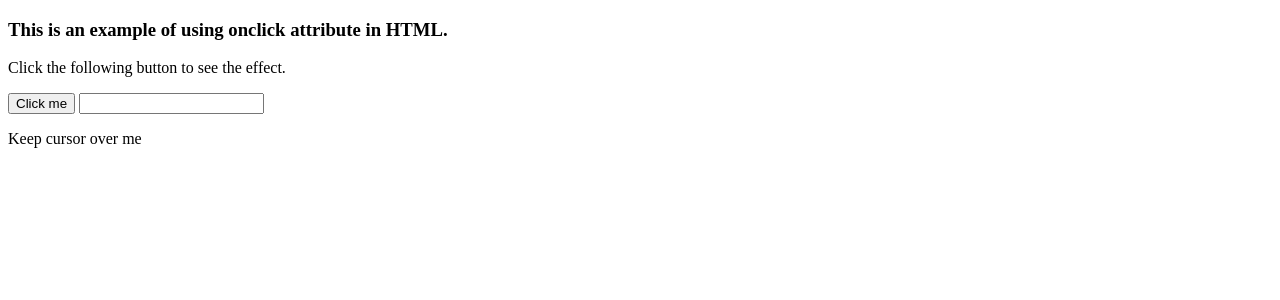
Repository: AwareSelf/JavaTrainingPublic
Page: 15Sep/webapp_1sepbatch/HtmlJSWeb/src/main/webapp/events.html
An editor plug-in stored every save of this project. The page is shown before and after the next save, followed by the edit.
The browser window is 1280 px wide. The pictures show the whole page.

Above is the page before, as saved 2022-09-13 11:14:26.

### 15Sep/webapp_1sepbatch/HtmlJSWeb/src/main/webapp/events.html
<!DOCTYPE html>
<html>
<head>
<script type="text/javascript">

function fun() {
alert("Welcome to the HSBC Software development!");
}

  function mouseoverevent()
    {
        alert("This is mouse over event fired!");
    }


    function focusevent()
    {
        document.getElementById("input1").style.background=" aqua";
    }

</script>
</head>
<body>
<h3> This is an example of using onclick attribute in HTML. </h3>
<p> Click the following button to see the effect. </p>
<button onclick = "fun()">Click me</button>




<input type="text" id="input1" onfocus="focusevent()"/>
<p onmouseover="mouseoverevent()"> Keep cursor over me</p>

</body>
</html>

After the next save:
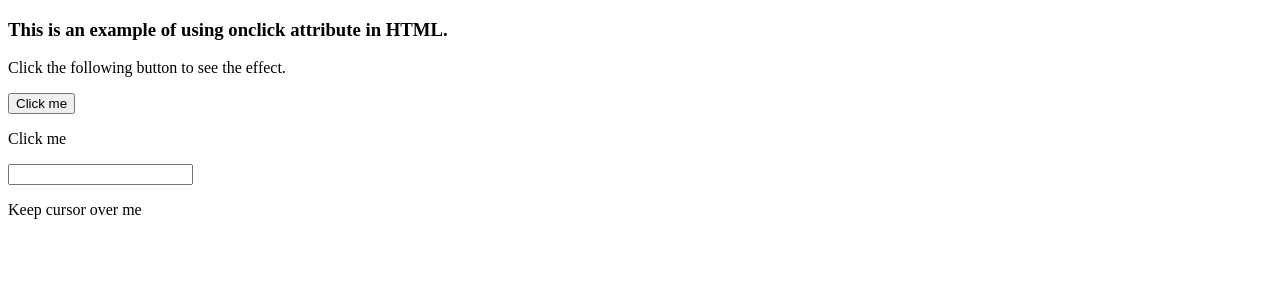
Saved 6 min 16 s later.
--- a/15Sep/webapp_1sepbatch/HtmlJSWeb/src/main/webapp/events.html
+++ b/15Sep/webapp_1sepbatch/HtmlJSWeb/src/main/webapp/events.html
@@ -25,11 +25,24 @@ alert("Welcome to the HSBC Software development!");
 <p> Click the following button to see the effect. </p>
 <button onclick = "fun()">Click me</button>
 
-
-
+<p id = "para">Click me</p>
 
 <input type="text" id="input1" onfocus="focusevent()"/>
 <p onmouseover="mouseoverevent()"> Keep cursor over me</p>
 
+<script type="text/javascript">
+
+document.getElementById("para").onclick = function() {
+fun()
+};
+function fun() {
+document.getElementById("para").innerHTML = "Welcome to the javaTpoint.com";
+document.getElementById("para").style.color = "blue";
+document.getElementById("para").style.backgroundColor = "yellow";
+document.getElementById("para").style.fontSize = "25px";
+document.getElementById("para").style.border = "4px solid red";
+}
+
+</script>
 </body>
 </html>
